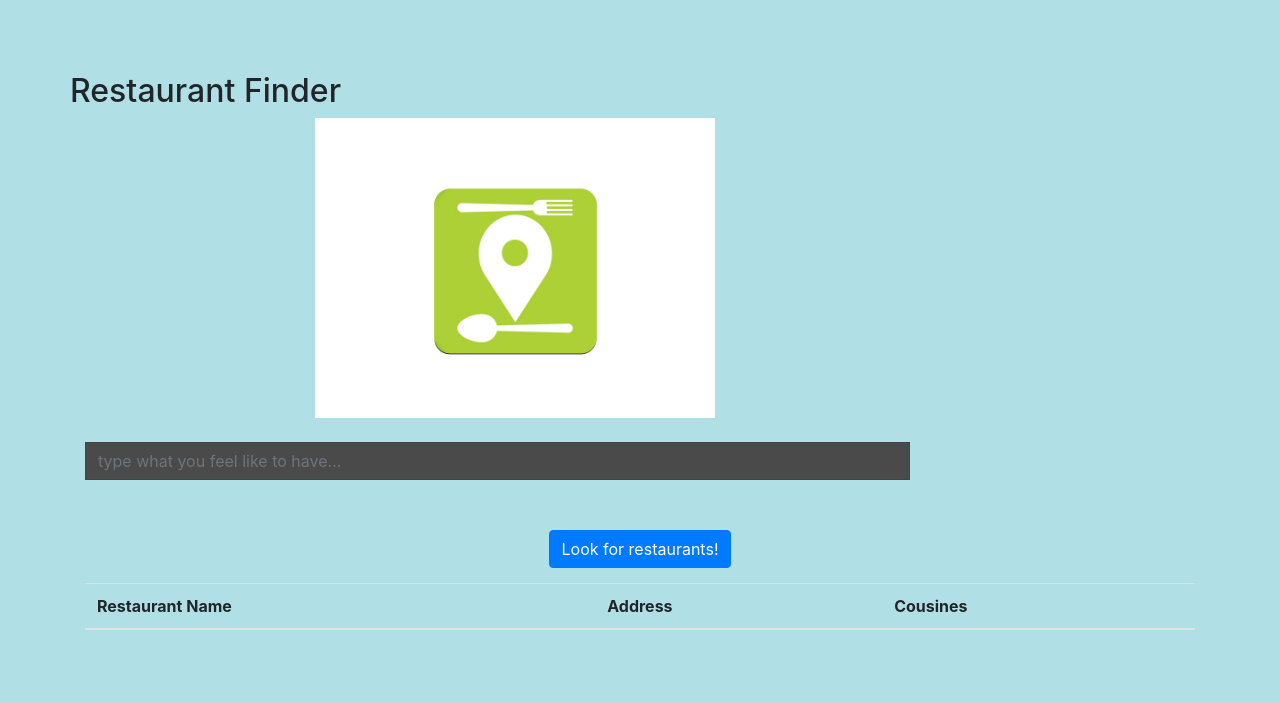
Repository: KobeRox/Loremips
Page: index.html
The author's editor kept a copy of each file at every save. The page is drawn from the files as they stood at one save, then again after the next save.
The browser window is 1280 px wide. The pictures show the whole page.
Some web libraries are served in a nearby version.

Above is the page before, as saved 2019-09-08 22:20:10.
Console error: TypeError: Cannot read properties of undefined (reading 'fn')

### index.html
<html>

<head>
    <link rel="stylesheet" href="style.css">
    <link rel="stylesheet" href="https://stackpath.bootstrapcdn.com/bootstrap/4.3.1/css/bootstrap.min.css"
        integrity="sha384-ggOyR0iXCbMQv3Xipma34MD+dH/1fQ784/j6cY/iJTQUOhcWr7x9JvoRxT2MZw1T" crossorigin="anonymous">
    <script src="https://stackpath.bootstrapcdn.com/bootstrap/4.3.1/js/bootstrap.min.js"
        integrity="sha384-JjSmVgyd0p3pXB1rRibZUAYoIIy6OrQ6VrjIEaFf/nJGzIxFDsf4x0xIM+B07jRM"
        crossorigin="anonymous"></script>
    <script src="https://ajax.googleapis.com/ajax/libs/jquery/3.4.1/jquery.min.js"></script>
    <script src="https://code.jquery.com/ui/1.12.1/jquery-ui.min.js"></script>
    <script src="zomato_cuisines.js"></script>
    <script src="zomato_restaurants.js"></script>
    <script src="contractResponse.js"></script>
    <script src="convertDataToHtml.js"></script>
    <script type="text/javascript" charset="utf-8">

        $(document).ready(function () {

            $("#searchbar").autocomplete({

                minLength: 0,
                source: get_cuisineList(),
                focus: function (event, ui) {
                    $("#searchbar").val(ui.item.label);
                    return false;
                },
                select: function (event, ui) {
                    $("#searchbar").val(ui.item.label);
                    return false;
                }
            })

            $("#clicking").click(function () {
                var search = $('#searchbar').val();
                //console.log(search)
                var c_list = get_cuisineList();
                //console.log(c_list);
                var c_id = get_cuisineId(search);
                //console.log(c_id);
                get_restaurants(c_id, function (data) {
                    //console.log(data);
                    convertDataToHtml(data);
                });
            });
        });
    </script>
</head>

<body  style="background-color:powderblue;">
    <div class="container">
        <div class="panel-body" id="backgoundimg">
            <br><br><br>
            <div class="row" style="text-align: center;">
                <h2>Restaurant Finder</h2>
            </div>
           <div>
           &nbsp&nbsp&nbsp&nbsp&nbsp&nbsp&nbsp&nbsp&nbsp&nbsp&nbsp&nbsp&nbsp&nbsp&nbsp&nbsp&nbsp&nbsp&nbsp&nbsp&nbsp&nbsp&nbsp&nbsp&nbsp&nbsp&nbsp&nbsp
           &nbsp&nbsp&nbsp&nbsp&nbsp&nbsp&nbsp&nbsp&nbsp&nbsp&nbsp&nbsp&nbsp&nbsp&nbsp&nbsp&nbsp&nbsp&nbsp&nbsp&nbsp

           <img src="avator.jpg" width="400" height="300">
           </div>
<br>

            <div class="row" style="margin-bottom: 50px;">

                <div class="col-xs-9 col-md-9">
                    <input type="text" class="form-control" id='searchbar' placeholder="type what you feel like to have... ">
                </div>

            </div>
            <div class="row" style="text-align: center;">
                <div class="col-xs-12 col-md-12">
                    <button type="button" class="btn btn-primary" style="margin-bottom: 15px;" id="clicking">Look
                        for restaurants!</button>
                </div>
            </div>
        </div>

        <div class="row">
            <div class="col-xs-12 col-md-12">
                <table class="table">
                    <thead>
                        <tr>
                            <th scope="col">Restaurant Name</th>
                            <th scope="col">Address</th>
                            <th scope="col">Cousines</th>
                        </tr>
                    <tbody id="restoResults">
                    </tbody>
                    </thead>
                </table>
            </div>


        </div>
        <!-- <div class="panel-footer"></div> -->
    </div>


</body>

</html>

### style.css
#backgoundimg {
  background-image: "background.jpg";
}

#searchbar {
  border-radius: 0px;
  background: #4a4a4a;
  color: #4cc3d8;
  border: 1px solid #454545;
  height: 0 0 30px;
}
#searchbar:hover {
  background: gray;
}

.ui-tooltip {
  background: yellow;
  color: #96f226;
  border: 2px solid rgb(118, 214, 63);
  border-radius: 0px;
  box-shadow: 0 0;
}
.ui-autocomplete {
  background: #b8f3b8;
  border-radius: 0px;
  line-height: 30px;
  width: 160px;
}
.ui-autocomplete.source:hover {
  background: #2b9aa8;
}

.ui-menu .ui-menu-item a {
  background: red;
  height: 10px;
  font-size: 8px;
}

### zomato_cuisines.js
function get_cuisineId(name){

	for(var i=0; i<list_cuisine.length; i++){
		if (list_cuisine[i]["cuisine"]["cuisine_name"] == name)
			return list_cuisine[i]["cuisine"]["cuisine_id"];
	}
}

function get_cuisineList(){
	var cuisine_names= [];
	for(var i=0; i<list_cuisine.length; i++){
		cuisine_names.push(list_cuisine[i]["cuisine"]["cuisine_name"]);
	}
	return cuisine_names;
}
var  list_cuisine = [
        {
            "cuisine": {
                "cuisine_id": 6,
                "cuisine_name": "Afghani"
            }
        },
        {
            "cuisine": {
                "cuisine_id": 152,
                "cuisine_name": "African"
            }
        },
        {
            "cuisine": {
                "cuisine_id": 1,
                "cuisine_name": "American"
            }
        },
        {
            "cuisine": {
                "cuisine_id": 4,
                "cuisine_name": "Arabian"
            }
        },
        {
            "cuisine": {
                "cuisine_id": 151,
                "cuisine_name": "Argentine"
            }
        },
        {
            "cuisine": {
                "cuisine_id": 3,
                "cuisine_name": "Asian"
            }
        },
        {
            "cuisine": {
                "cuisine_id": 401,
                "cuisine_name": "Asian Fusion"
            }
        },
        {
            "cuisine": {
                "cuisine_id": 193,
                "cuisine_name": "BBQ"
            }
        },
        {
            "cuisine": {
                "cuisine_id": 5,
                "cuisine_name": "Bakery"
            }
        },
        {
            "cuisine": {
                "cuisine_id": 227,
                "cuisine_name": "Bar Food"
            }
        },
        {
            "cuisine": {
                "cuisine_id": 132,
                "cuisine_name": "Belgian"
            }
        },
        {
            "cuisine": {
                "cuisine_id": 270,
                "cuisine_name": "Beverages"
            }
        },
        {
            "cuisine": {
                "cuisine_id": 159,
                "cuisine_name": "Brazilian"
            }
        },
        {
            "cuisine": {
                "cuisine_id": 133,
                "cuisine_name": "British"
            }
        },
        {
            "cuisine": {
                "cuisine_id": 247,
                "cuisine_name": "Bubble Tea"
            }
        },
        {
            "cuisine": {
                "cuisine_id": 168,
                "cuisine_name": "Burger"
            }
        },
        {
            "cuisine": {
                "cuisine_id": 1039,
                "cuisine_name": "Cafe Food"
            }
        },
        {
            "cuisine": {
                "cuisine_id": 111,
                "cuisine_name": "Cambodian"
            }
        },
        {
            "cuisine": {
                "cuisine_id": 121,
                "cuisine_name": "Cantonese"
            }
        },
        {
            "cuisine": {
                "cuisine_id": 994,
                "cuisine_name": "Charcoal Chicken"
            }
        },
        {
            "cuisine": {
                "cuisine_id": 25,
                "cuisine_name": "Chinese"
            }
        },
        {
            "cuisine": {
                "cuisine_id": 161,
                "cuisine_name": "Coffee and Tea"
            }
        },
        {
            "cuisine": {
                "cuisine_id": 287,
                "cuisine_name": "Colombian"
            }
        },
        {
            "cuisine": {
                "cuisine_id": 144,
                "cuisine_name": "Contemporary"
            }
        },
        {
            "cuisine": {
                "cuisine_id": 35,
                "cuisine_name": "Continental"
            }
        },
        {
            "cuisine": {
                "cuisine_id": 928,
                "cuisine_name": "Creole"
            }
        },
        {
            "cuisine": {
                "cuisine_id": 881,
                "cuisine_name": "Crepes"
            }
        },
        {
            "cuisine": {
                "cuisine_id": 192,
                "cuisine_name": "Deli"
            }
        },
        {
            "cuisine": {
                "cuisine_id": 100,
                "cuisine_name": "Desserts"
            }
        },
        {
            "cuisine": {
                "cuisine_id": 268,
                "cuisine_name": "Drinks Only"
            }
        },
        {
            "cuisine": {
                "cuisine_id": 985,
                "cuisine_name": "Dumplings"
            }
        },
        {
            "cuisine": {
                "cuisine_id": 38,
                "cuisine_name": "European"
            }
        },
        {
            "cuisine": {
                "cuisine_id": 571,
                "cuisine_name": "Falafel"
            }
        },
        {
            "cuisine": {
                "cuisine_id": 40,
                "cuisine_name": "Fast Food"
            }
        },
        {
            "cuisine": {
                "cuisine_id": 1006,
                "cuisine_name": "Fijian"
            }
        },
        {
            "cuisine": {
                "cuisine_id": 112,
                "cuisine_name": "Filipino"
            }
        },
        {
            "cuisine": {
                "cuisine_id": 271,
                "cuisine_name": "Finger Food"
            }
        },
        {
            "cuisine": {
                "cuisine_id": 298,
                "cuisine_name": "Fish and Chips"
            }
        },
        {
            "cuisine": {
                "cuisine_id": 45,
                "cuisine_name": "French"
            }
        },
        {
            "cuisine": {
                "cuisine_id": 1025,
                "cuisine_name": "Fried Chicken"
            }
        },
        {
            "cuisine": {
                "cuisine_id": 501,
                "cuisine_name": "Frozen Yogurt"
            }
        },
        {
            "cuisine": {
                "cuisine_id": 274,
                "cuisine_name": "Fusion"
            }
        },
        {
            "cuisine": {
                "cuisine_id": 134,
                "cuisine_name": "German"
            }
        },
        {
            "cuisine": {
                "cuisine_id": 156,
                "cuisine_name": "Greek"
            }
        },
        {
            "cuisine": {
                "cuisine_id": 181,
                "cuisine_name": "Grill"
            }
        },
        {
            "cuisine": {
                "cuisine_id": 521,
                "cuisine_name": "Hawaiian"
            }
        },
        {
            "cuisine": {
                "cuisine_id": 143,
                "cuisine_name": "Healthy Food"
            }
        },
        {
            "cuisine": {
                "cuisine_id": 1022,
                "cuisine_name": "Hot Pot"
            }
        },
        {
            "cuisine": {
                "cuisine_id": 228,
                "cuisine_name": "Hungarian"
            }
        },
        {
            "cuisine": {
                "cuisine_id": 233,
                "cuisine_name": "Ice Cream"
            }
        },
        {
            "cuisine": {
                "cuisine_id": 148,
                "cuisine_name": "Indian"
            }
        },
        {
            "cuisine": {
                "cuisine_id": 114,
                "cuisine_name": "Indonesian"
            }
        },
        {
            "cuisine": {
                "cuisine_id": 154,
                "cuisine_name": "International"
            }
        },
        {
            "cuisine": {
                "cuisine_id": 140,
                "cuisine_name": "Iranian"
            }
        },
        {
            "cuisine": {
                "cuisine_id": 135,
                "cuisine_name": "Irish"
            }
        },
        {
            "cuisine": {
                "cuisine_id": 55,
                "cuisine_name": "Italian"
            }
        },
        {
            "cuisine": {
                "cuisine_id": 60,
                "cuisine_name": "Japanese"
            }
        },
        {
            "cuisine": {
                "cuisine_id": 265,
                "cuisine_name": "Jewish"
            }
        },
        {
            "cuisine": {
                "cuisine_id": 1042,
                "cuisine_name": "Jiangnan"
            }
        },
        {
            "cuisine": {
                "cuisine_id": 164,
                "cuisine_name": "Juices"
            }
        },
        {
            "cuisine": {
                "cuisine_id": 178,
                "cuisine_name": "Kebab"
            }
        },
        {
            "cuisine": {
                "cuisine_id": 167,
                "cuisine_name": "Kiwi"
            }
        },
        {
            "cuisine": {
                "cuisine_id": 67,
                "cuisine_name": "Korean"
            }
        },
        {
            "cuisine": {
                "cuisine_id": 1021,
                "cuisine_name": "Korean BBQ"
            }
        },
        {
            "cuisine": {
                "cuisine_id": 136,
                "cuisine_name": "Latin American"
            }
        },
        {
            "cuisine": {
                "cuisine_id": 66,
                "cuisine_name": "Lebanese"
            }
        },
        {
            "cuisine": {
                "cuisine_id": 69,
                "cuisine_name": "Malaysian"
            }
        },
        {
            "cuisine": {
                "cuisine_id": 977,
                "cuisine_name": "Meat Pie"
            }
        },
        {
            "cuisine": {
                "cuisine_id": 70,
                "cuisine_name": "Mediterranean"
            }
        },
        {
            "cuisine": {
                "cuisine_id": 73,
                "cuisine_name": "Mexican"
            }
        },
        {
            "cuisine": {
                "cuisine_id": 137,
                "cuisine_name": "Middle Eastern"
            }
        },
        {
            "cuisine": {
                "cuisine_id": 294,
                "cuisine_name": "Modern European"
            }
        },
        {
            "cuisine": {
                "cuisine_id": 1055,
                "cuisine_name": "Modern New Zealand"
            }
        },
        {
            "cuisine": {
                "cuisine_id": 74,
                "cuisine_name": "Mongolian"
            }
        },
        {
            "cuisine": {
                "cuisine_id": 147,
                "cuisine_name": "Moroccan"
            }
        },
        {
            "cuisine": {
                "cuisine_id": 117,
                "cuisine_name": "Nepalese"
            }
        },
        {
            "cuisine": {
                "cuisine_id": 50,
                "cuisine_name": "North Indian"
            }
        },
        {
            "cuisine": {
                "cuisine_id": 321,
                "cuisine_name": "Pacific"
            }
        },
        {
            "cuisine": {
                "cuisine_id": 139,
                "cuisine_name": "Pakistani"
            }
        },
        {
            "cuisine": {
                "cuisine_id": 209,
                "cuisine_name": "Pan Asian"
            }
        },
        {
            "cuisine": {
                "cuisine_id": 162,
                "cuisine_name": "Peruvian"
            }
        },
        {
            "cuisine": {
                "cuisine_id": 1020,
                "cuisine_name": "Pho"
            }
        },
        {
            "cuisine": {
                "cuisine_id": 82,
                "cuisine_name": "Pizza"
            }
        },
        {
            "cuisine": {
                "cuisine_id": 1019,
                "cuisine_name": "Poké"
            }
        },
        {
            "cuisine": {
                "cuisine_id": 87,
                "cuisine_name": "Portuguese"
            }
        },
        {
            "cuisine": {
                "cuisine_id": 983,
                "cuisine_name": "Pub Food"
            }
        },
        {
            "cuisine": {
                "cuisine_id": 320,
                "cuisine_name": "Ramen"
            }
        },
        {
            "cuisine": {
                "cuisine_id": 1033,
                "cuisine_name": "Roast"
            }
        },
        {
            "cuisine": {
                "cuisine_id": 84,
                "cuisine_name": "Russian"
            }
        },
        {
            "cuisine": {
                "cuisine_id": 998,
                "cuisine_name": "Salad"
            }
        },
        {
            "cuisine": {
                "cuisine_id": 304,
                "cuisine_name": "Sandwich"
            }
        },
        {
            "cuisine": {
                "cuisine_id": 83,
                "cuisine_name": "Seafood"
            }
        },
        {
            "cuisine": {
                "cuisine_id": 831,
                "cuisine_name": "Shanghai"
            }
        },
        {
            "cuisine": {
                "cuisine_id": 128,
                "cuisine_name": "Sichuan"
            }
        },
        {
            "cuisine": {
                "cuisine_id": 119,
                "cuisine_name": "Singaporean"
            }
        },
        {
            "cuisine": {
                "cuisine_id": 85,
                "cuisine_name": "South Indian"
            }
        },
        {
            "cuisine": {
                "cuisine_id": 89,
                "cuisine_name": "Spanish"
            }
        },
        {
            "cuisine": {
                "cuisine_id": 86,
                "cuisine_name": "Sri Lankan"
            }
        },
        {
            "cuisine": {
                "cuisine_id": 141,
                "cuisine_name": "Steak"
            }
        },
        {
            "cuisine": {
                "cuisine_id": 90,
                "cuisine_name": "Street Food"
            }
        },
        {
            "cuisine": {
                "cuisine_id": 177,
                "cuisine_name": "Sushi"
            }
        },
        {
            "cuisine": {
                "cuisine_id": 190,
                "cuisine_name": "Taiwanese"
            }
        },
        {
            "cuisine": {
                "cuisine_id": 179,
                "cuisine_name": "Tapas"
            }
        },
        {
            "cuisine": {
                "cuisine_id": 163,
                "cuisine_name": "Tea"
            }
        },
        {
            "cuisine": {
                "cuisine_id": 981,
                "cuisine_name": "Teppanyaki"
            }
        },
        {
            "cuisine": {
                "cuisine_id": 150,
                "cuisine_name": "Tex-Mex"
            }
        },
        {
            "cuisine": {
                "cuisine_id": 95,
                "cuisine_name": "Thai"
            }
        },
        {
            "cuisine": {
                "cuisine_id": 142,
                "cuisine_name": "Turkish"
            }
        },
        {
            "cuisine": {
                "cuisine_id": 1038,
                "cuisine_name": "Uyghur"
            }
        },
        {
            "cuisine": {
                "cuisine_id": 1034,
                "cuisine_name": "Vegan"
            }
        },
        {
            "cuisine": {
                "cuisine_id": 308,
                "cuisine_name": "Vegetarian"
            }
        },
        {
            "cuisine": {
                "cuisine_id": 641,
                "cuisine_name": "Venezuelan"
            }
        },
        {
            "cuisine": {
                "cuisine_id": 99,
                "cuisine_name": "Vietnamese"
            }
        },
        {
            "cuisine": {
                "cuisine_id": 978,
                "cuisine_name": "Yum Cha"
            }
        }
    ]

### zomato_restaurants.js
function get_restaurants(cuisine_id, callback) {
  $.ajax({
    url:
      "https://developers.zomato.com/api/v2.1/search?city_id=70&cuisines=" +
      cuisine_id,
    type: "GET",
    //d323749b276f5be54a2e776c45a7ad1a
    //b17db59020e7fbe543111e1e6c2e5ecb
    beforeSend: function(xhr) {
      xhr.setRequestHeader("user-key", "d323749b276f5be54a2e776c45a7ad1a");
    },
    success: function(data) {
      callback(convertContract(data));
    }
  });
}

### contractResponse.js
function convertContract(input) {
  var results = [];

  for (var x = 0; x < input.results_shown; x++) {
    results.push({
      restaurantName: input.restaurants[x].restaurant.name,
      address: input.restaurants[x].restaurant.location.address,
      allergies: input.restaurants[x].restaurant.cuisines.split(",")
    });
  }
  return results;
}

### convertDataToHtml.js
function convertDataToHtml(data) {
  var html;
  var test2 = document.getElementById("restoResults");
  test2.innerHTML = " ";
  for (var test in data) {
    let dataRow = data[test];
    var row = document.createElement("tr");
    for (var property in dataRow) {
      var th = document.createElement("td");
      th.scope = "col";
      th.innerText = dataRow[property];
      row.appendChild(th);
    }
    test2.appendChild(row);
  }
  return html;
}

After the next save:
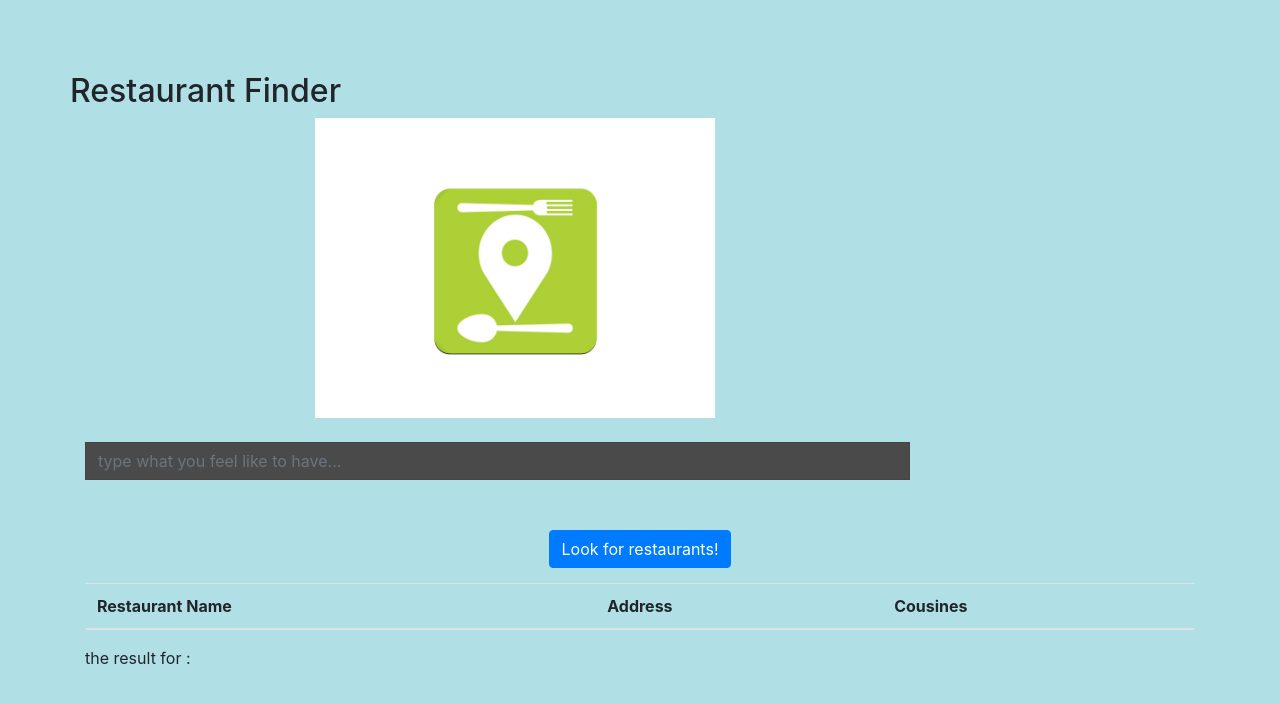
Saved 2 min 55 s later.
--- a/index.html
+++ b/index.html
@@ -94,6 +94,7 @@
 
 
         </div>
+        <p>the result for : </p>
         <!-- <div class="panel-footer"></div> -->
     </div>
 
